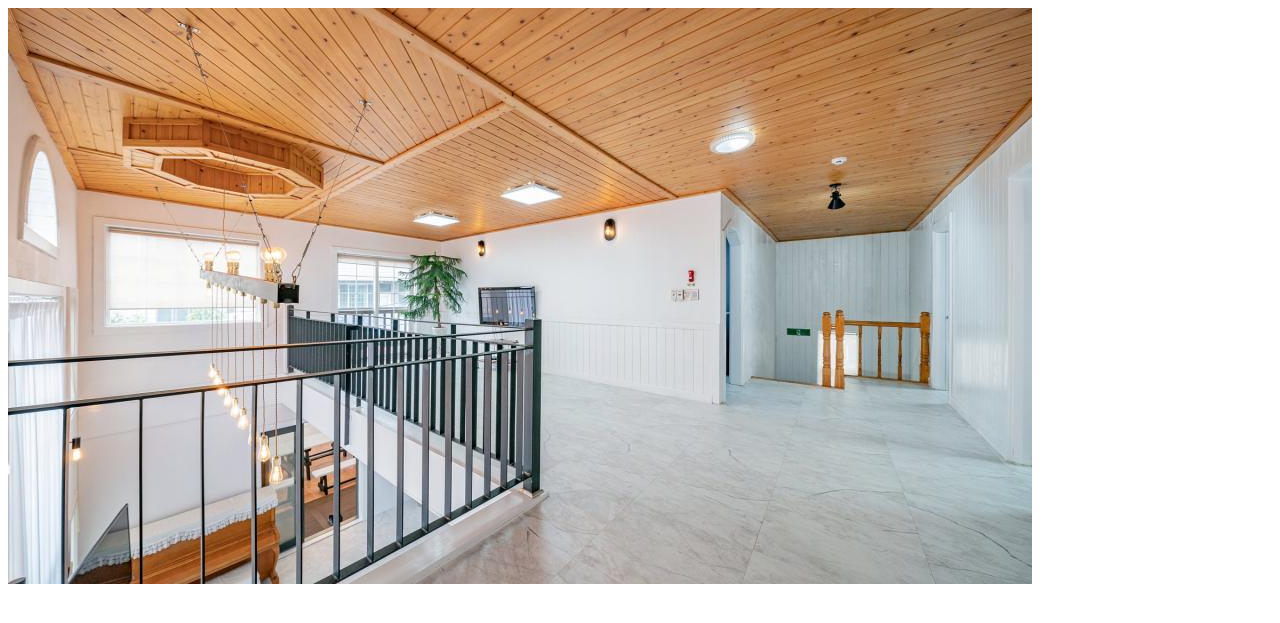
Repository: balsohn/adminshop
Page: http://localhost/jquery/0805/showHide.jsp
An editor plug-in stored every save of this project. The page is shown before and after a run of saves, followed by the edit.
The browser window is 1280 px wide. The pictures show the whole page.
The page is served by Tomcat 9.

Above is the page before, as saved 2024-08-20 08:07:28.

### work/jquery/src/main/webapp/0805/showHide.jsp
<%@ page language="java" contentType="text/html; charset=UTF-8"
    pageEncoding="UTF-8"%>
<!DOCTYPE html>
<html>
<head>
<meta charset="UTF-8">
<title>Insert title here</title>
<script src="https://code.jquery.com/jquery-latest.js"></script>
<script>
	$(function() {

	})
</script>
</head>
<body>
	<img src="1-1.jpg">
</body>
</html>

After the next 2 saves:
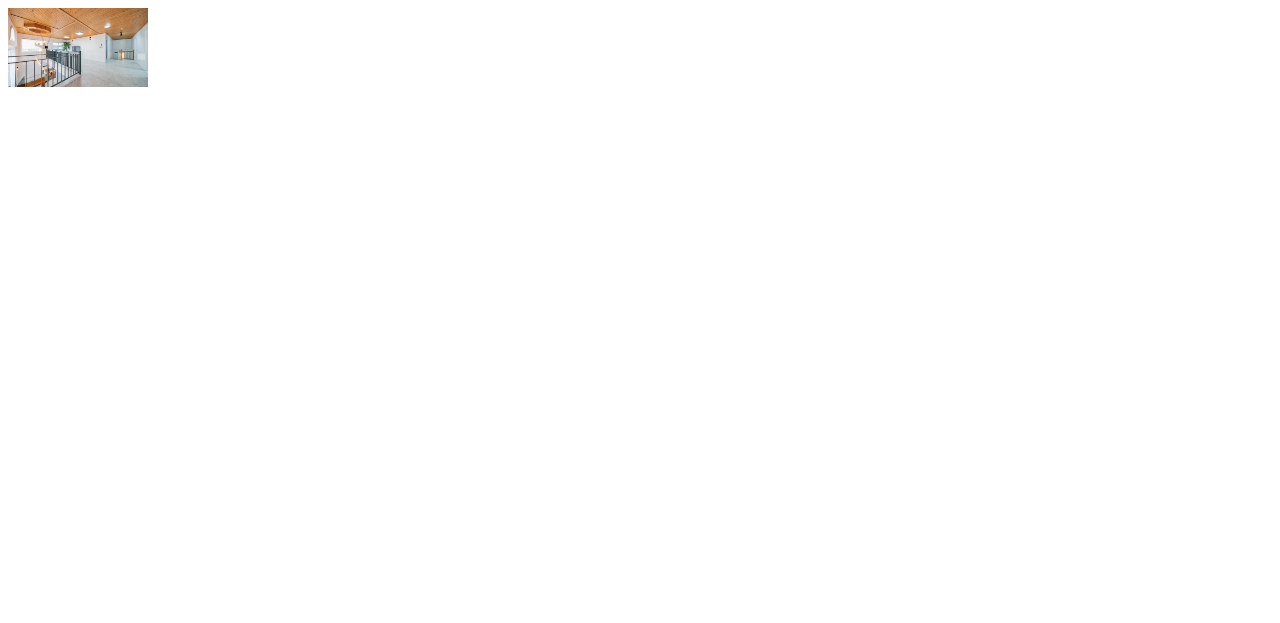
The 2 saves are shown as one change because they came seconds apart.
The last was saved 26 s later.
--- a/work/jquery/src/main/webapp/0805/showHide.jsp
+++ b/work/jquery/src/main/webapp/0805/showHide.jsp
@@ -13,6 +13,7 @@
 </script>
 </head>
 <body>
-	<img src="1-1.jpg">
+	<img src="1-1.jpg" width="140">
+	<span style="font-size: 13px;">
 </body>
 </html>
